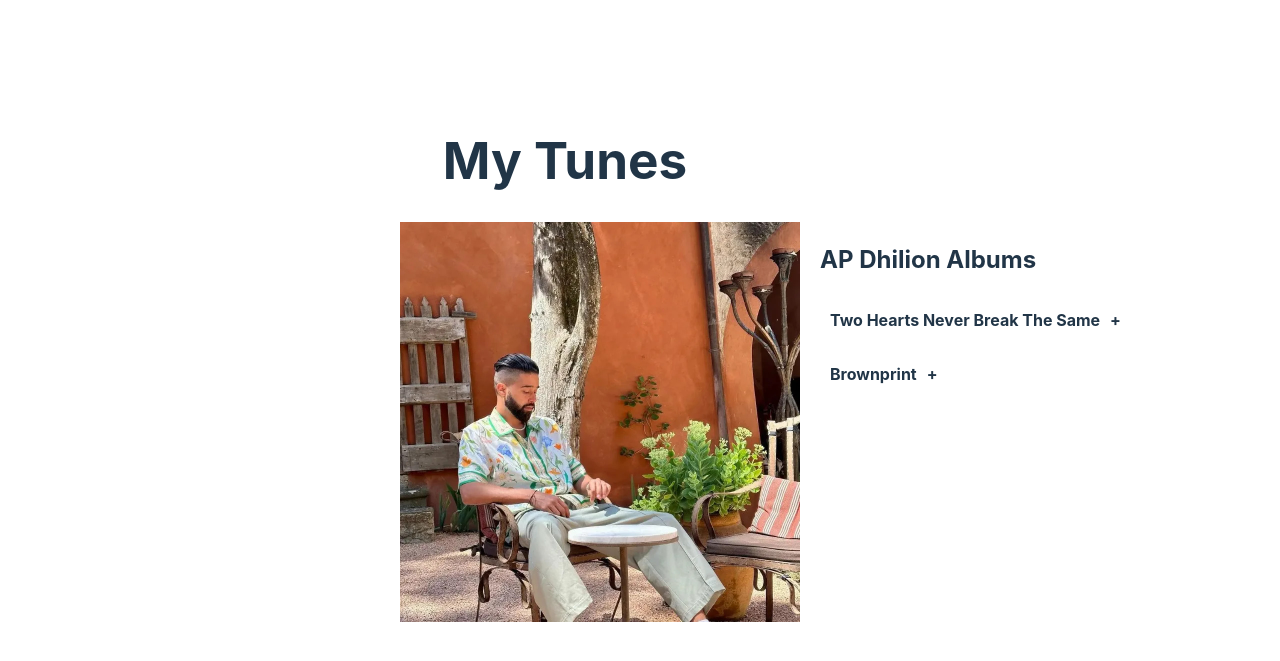
Repository: GavinPahal/my_app
Page: / (app in react/)
The author's editor kept a copy of each file at every save. The page is drawn from the files as they stood at one save, then again after the next save.
The browser window is 1280 px wide. The pictures show the whole page.
The project was rebuilt for these pictures with package versions that can differ from the ones it lists, and the page was loaded fresh each time. Also part of the build but not shown: react/vite.config.js.

Above is the page before, as saved 2024-09-15 19:11:00.

After the next save:
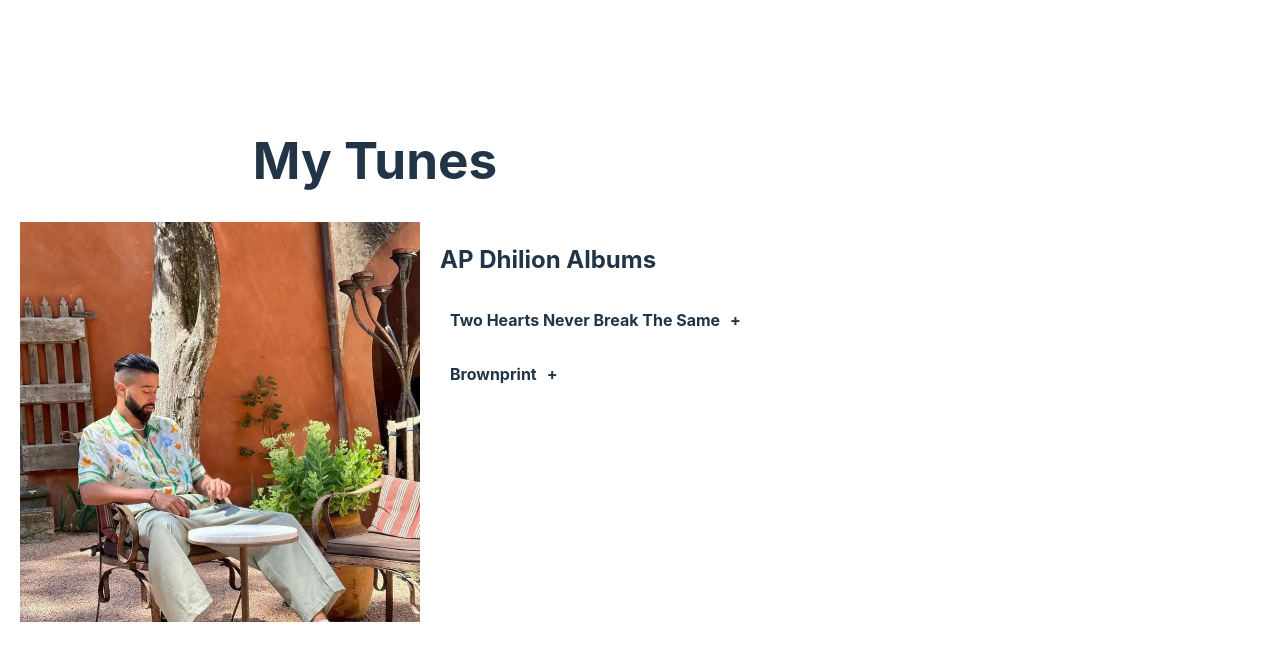
Saved 26 s later.
--- a/react/src/App.css
+++ b/react/src/App.css
@@ -3,7 +3,7 @@
   justify-content: center;
   align-items: flex-start;
   margin-top: 20px;
-  margin-left: 25rem;
+  margin-left: 20px;
 }
 
 .heading{
